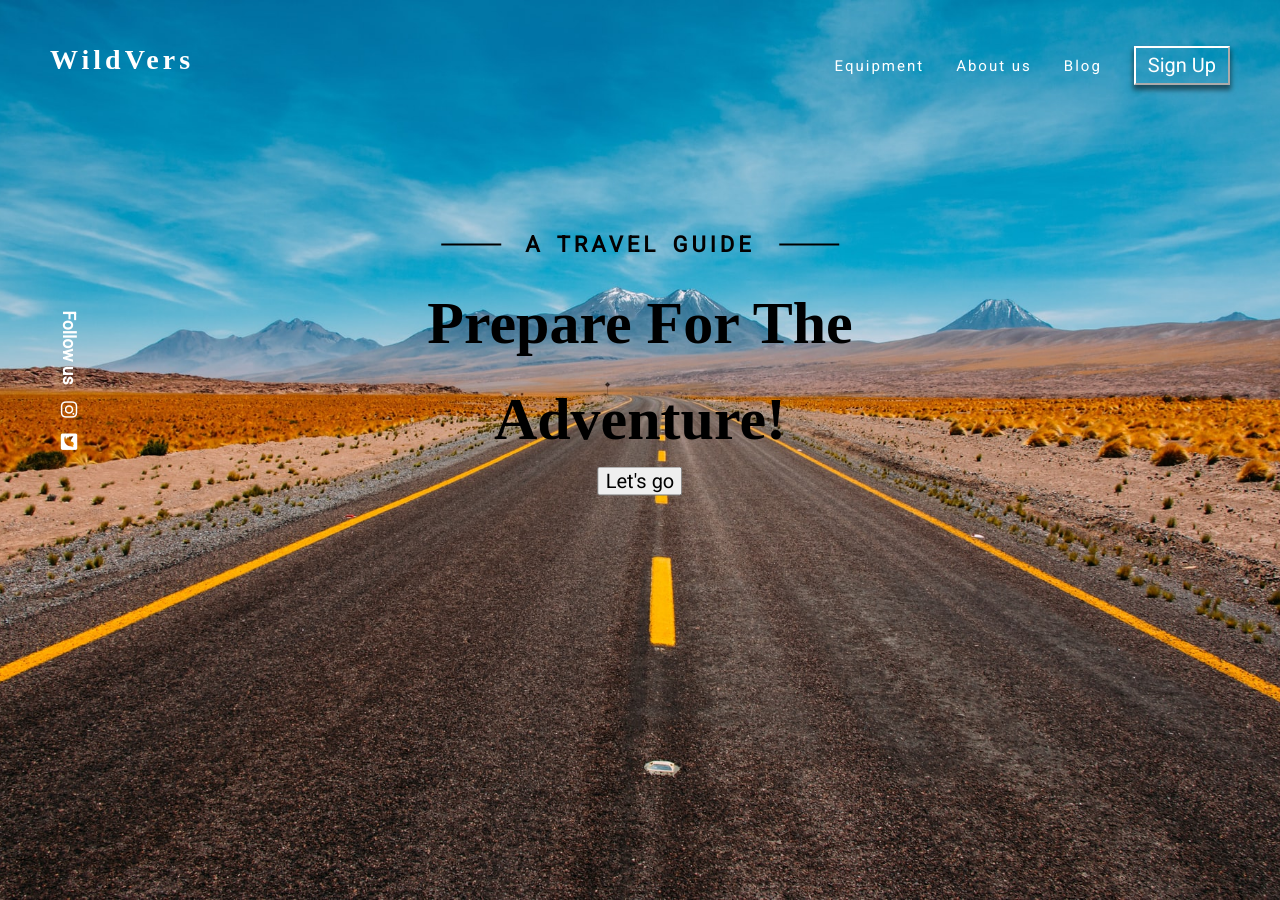
Repository: Hunga9k50doker/wildver-travel
Page: src/index.html
These files come from the project's save history. The page is drawn as it stood at one moment and after a run of saves; the edit follows.
The browser window is 1280 px wide. The pictures show the whole page.
Some web fonts or font styles are not loaded; a fallback is used. The style sheet was rebuilt from its Sass, Less or Tailwind sources for each picture, by a compiler version that may differ from the author's.

Above is the page before, as saved 2021-08-26 00:28:29.

### src/index.html
<!DOCTYPE html>
<html lang="en">
<head>
    <meta charset="UTF-8">
    <meta http-equiv="X-UA-Compatible" content="IE=edge">
    <meta name="viewport" content="width=device-width, initial-scale=1.0">
    <link href="https://fonts.googleapis.com/css2?family=Hina+Mincho&family=Roboto&display=swap" rel="stylesheet">
    <link rel="stylesheet" href="public/css/normalize.min.css">
    <link rel="stylesheet" href="public/css/grid.css">
    <link rel="stylesheet" href="public/css/base.css">
    <link rel="stylesheet" href="public/css/header.css">
    <link rel="stylesheet" href="public/vendor/fontawesome-free-5.15.3-web/css/all.min.css">
    <title>Document</title>
</head>
<body>
    <div class="app">
        <section class="header">
            <section class="header_nav">
                <h1 class="header_nav-home">WildVers</h1>
                <div class="header_nav-body">
                    <a href="/" class="header_nav-body-item">Equipment</a>
                    <a href="/" class="header_nav-body-item">About us</a>
                    <a href="/" class="header_nav-body-item">Blog</a>
                    <button class="header_nav-body-res">Sign Up</button>
                </div>
            </section>
            <section class="header_contain">
                <div class="header_contain-follow">
                    <p>Follow us</p>
                   <a href="/">
                       <i class="fab fa-instagram"></i>
                   </a>
                   <a href="/">
                       <i class="fab fa-twitter-square"></i>
                   </a>
                </div>
                <div class="header_contain-content">
                    <h3 class="header_contain-content-title">A travel guide</h3>
                    <h2>Prepare For The</h2>
                    <h2> Adventure!</h2>
                    <button>Let's go</button>
                </div>
            </section>
        </section>
        <section class="grip wide">

        </section>
    </div>
</body>
</html>

### src/public/css/normalize.min.css
html{line-height:1.15;-webkit-text-size-adjust:100%}body{margin:0}main{display:block}h1{font-size:2em;margin:.67em 0}hr{box-sizing:content-box;height:0;overflow:visible}pre{font-family:monospace,monospace;font-size:1em}a{background-color:transparent}abbr[title]{border-bottom:none;text-decoration:underline;text-decoration:underline dotted}b,strong{font-weight:bolder}code,kbd,samp{font-family:monospace,monospace;font-size:1em}small{font-size:80%}sub,sup{font-size:75%;line-height:0;position:relative;vertical-align:baseline}sub{bottom:-.25em}sup{top:-.5em}img{border-style:none}button,input,optgroup,select,textarea{font-family:inherit;font-size:100%;line-height:1.15;margin:0}button,input{overflow:visible}button,select{text-transform:none}[type=button],[type=reset],[type=submit],button{-webkit-appearance:button}[type=button]::-moz-focus-inner,[type=reset]::-moz-focus-inner,[type=submit]::-moz-focus-inner,button::-moz-focus-inner{border-style:none;padding:0}[type=button]:-moz-focusring,[type=reset]:-moz-focusring,[type=submit]:-moz-focusring,button:-moz-focusring{outline:1px dotted ButtonText}fieldset{padding:.35em .75em .625em}legend{box-sizing:border-box;color:inherit;display:table;max-width:100%;padding:0;white-space:normal}progress{vertical-align:baseline}textarea{overflow:auto}[type=checkbox],[type=radio]{box-sizing:border-box;padding:0}[type=number]::-webkit-inner-spin-button,[type=number]::-webkit-outer-spin-button{height:auto}[type=search]{-webkit-appearance:textfield;outline-offset:-2px}[type=search]::-webkit-search-decoration{-webkit-appearance:none}::-webkit-file-upload-button{-webkit-appearance:button;font:inherit}details{display:block}summary{display:list-item}template{display:none}[hidden]{display:none}
/*# sourceMappingURL=normalize.min.css.map */

### src/public/css/grid.css
.grid {
    width: 100%;
    display: block;
    padding: 0;
    margin: 0 auto;
}

.grid.wide {
    max-width: 1200px;
    margin: 0 auto;
}

.row {
    display: flex;
    flex-wrap: wrap;
    margin-left: -4px;
    margin-right: -4px;
}


.row.no-gutters {
    margin-left: 0;
    margin-right: 0;
}

.col {

    padding-left: 4px;
    padding-right: 4px;
}

.row.no-gutters .col {
    padding-left: 0;
    padding-right: 0;
}

.c-0 {
    display: none;
}

.c-1 {
    flex: 0 0 8.33333%;
    max-width: 8.33333%;
}

.c-2 {
    flex: 0 0 16.66667%;
    max-width: 16.66667%;
}

.c-3 {
    flex: 0 0 25%;
    max-width: 25%;
}

.c-4 {
    flex: 0 0 33.33333%;
    max-width: 33.33333%;
}

.c-5 {
    flex: 0 0 41.66667%;
    max-width: 41.66667%;
}

.c-6 {
    flex: 0 0 50%;
    max-width: 50%;
}

.c-7 {
    flex: 0 0 58.33333%;
    max-width: 58.33333%;
}

.c-8 {
    flex: 0 0 66.66667%;
    max-width: 66.66667%;
}

.c-9 {
    flex: 0 0 75%;
    max-width: 75%;
}

.c-10 {
    flex: 0 0 83.33333%;
    max-width: 83.33333%;
}

.c-11 {
    flex: 0 0 91.66667%;
    max-width: 91.66667%;
}

.c-12 {
    flex: 0 0 100%;
    max-width: 100%;
}

.c-o-1 {
    margin-left: 8.33333%;
}

.c-o-2 {
    margin-left: 16.66667%;
}

.c-o-3 {
    margin-left: 25%;
}

.c-o-4 {
    margin-left: 33.33333%;
}

.c-o-5 {
    margin-left: 41.66667%;
}

.c-o-6 {
    margin-left: 50%;
}

.c-o-7 {
    margin-left: 58.33333%;
}

.c-o-8 {
    margin-left: 66.66667%;
}

.c-o-9 {
    margin-left: 75%;
}

.c-o-10 {
    margin-left: 83.33333%;
}

.c-o-11 {
    margin-left: 91.66667%;
}

/* >= Tablet */
@media (min-width: 740px) {
    .row {
        margin-left: -8px;
        margin-right: -8px;
    }

    .col {
        padding-left: 8px;
        padding-right: 8px;
    }

    .m-0 {
        display: none;
    }

    .m-1,
    .m-2,
    .m-3,
    .m-4,
    .m-5,
    .m-6,
    .m-7,
    .m-8,
    .m-9,
    .m-10,
    .m-11,
    .m-12 {
        display: block;
    }

    .m-1 {
        flex: 0 0 8.33333%;
        max-width: 8.33333%;
    }

    .m-2 {
        flex: 0 0 16.66667%;
        max-width: 16.66667%;
    }

    .m-3 {
        flex: 0 0 25%;
        max-width: 25%;
    }

    .m-4 {
        flex: 0 0 33.33333%;
        max-width: 33.33333%;
    }

    .m-5 {
        flex: 0 0 41.66667%;
        max-width: 41.66667%;
    }

    .m-6 {
        flex: 0 0 50%;
        max-width: 50%;
    }

    .m-7 {
        flex: 0 0 58.33333%;
        max-width: 58.33333%;
    }

    .m-8 {
        flex: 0 0 66.66667%;
        max-width: 66.66667%;
    }

    .m-9 {
        flex: 0 0 75%;
        max-width: 75%;
    }

    .m-10 {
        flex: 0 0 83.33333%;
        max-width: 83.33333%;
    }

    .m-11 {
        flex: 0 0 91.66667%;
        max-width: 91.66667%;
    }

    .m-12 {
        flex: 0 0 100%;
        max-width: 100%;
    }

    .m-o-1 {
        margin-left: 8.33333%;
    }

    .m-o-2 {
        margin-left: 16.66667%;
    }

    .m-o-3 {
        margin-left: 25%;
    }

    .m-o-4 {
        margin-left: 33.33333%;
    }

    .m-o-5 {
        margin-left: 41.66667%;
    }

    .m-o-6 {
        margin-left: 50%;
    }

    .m-o-7 {
        margin-left: 58.33333%;
    }

    .m-o-8 {
        margin-left: 66.66667%;
    }

    .m-o-9 {
        margin-left: 75%;
    }

    .m-o-10 {
        margin-left: 83.33333%;
    }

    .m-o-11 {
        margin-left: 91.66667%;
    }
}

/* PC medium resolution > */
@media (min-width: 1113px) {
    .row {
        margin-left: -12px;
        margin-right: -12px;
    }

    .row.sm-gutter {
        margin-left: -5px;
        margin-right: -5px;
    }

    .col {
        padding-left: 12px;
        padding-right: 12px;
    }

    .row.sm-gutter .col {
        padding-left: 5px;
        padding-right: 5px;
    }

    .l-0 {
        display: none;
    }

    .l-1,
    .l-2,
    .l-2-4,
    .l-3,
    .l-4,
    .l-5,
    .l-6,
    .l-7,
    .l-8,
    .l-9,
    .l-10,
    .l-11,
    .l-12 {
        display: block;
    }

    .l-1 {
        flex: 0 0 8.33333%;
        max-width: 8.33333%;
    }

    .l-2 {
        flex: 0 0 16.66667%;
        max-width: 16.66667%;
    }

    .l-2-4 {
        flex: 0 0 20%;
        max-width: 20%;
    }

    .l-3 {
        flex: 0 0 25%;
        max-width: 25%;
    }

    .l-4 {
        flex: 0 0 33.33333%;
        max-width: 33.33333%;
    }

    .l-5 {
        flex: 0 0 41.66667%;
        max-width: 41.66667%;
    }

    .l-6 {
        flex: 0 0 50%;
        max-width: 50%;
    }

    .l-7 {
        flex: 0 0 58.33333%;
        max-width: 58.33333%;
    }

    .l-8 {
        flex: 0 0 66.66667%;
        max-width: 66.66667%;
    }

    .l-9 {
        flex: 0 0 75%;
        max-width: 75%;
    }

    .l-10 {
        flex: 0 0 83.33333%;
        max-width: 83.33333%;
    }

    .l-11 {
        flex: 0 0 91.66667%;
        max-width: 91.66667%;
    }

    .l-12 {
        flex: 0 0 100%;
        max-width: 100%;
    }

    .l-o-1 {
        margin-left: 8.33333%;
    }

    .l-o-2 {
        margin-left: 16.66667%;
    }

    .l-o-3 {
        margin-left: 25%;
    }

    .l-o-4 {
        margin-left: 33.33333%;
    }

    .l-o-5 {
        margin-left: 41.66667%;
    }

    .l-o-6 {
        margin-left: 50%;
    }

    .l-o-7 {
        margin-left: 58.33333%;
    }

    .l-o-8 {
        margin-left: 66.66667%;
    }

    .l-o-9 {
        margin-left: 75%;
    }

    .l-o-10 {
        margin-left: 83.33333%;
    }

    .l-o-11 {
        margin-left: 91.66667%;
    }
}

/* Tablet - PC low resolution */
@media (min-width: 740px) and (max-width: 1023px) {
    .wide {
        width: 644px;
    }
}

/* > PC low resolution */
@media (min-width: 1024px) and (max-width: 1239px) {
    .wide {
        width: 984px;
    }

    .wide .row {
        margin-left: -12px;
        margin-right: -12px;
    }

    .wide .row.sm-gutter {
        margin-left: -5px;
        margin-right: -5px;
    }

    .wide .col {
        padding-left: 12px;
        padding-right: 12px;
    }

    .wide .row.sm-gutter .col {
        padding-left: 5px;
        padding-right: 5px;
    }

    .wide .l-0 {
        display: none;
    }

    .wide .l-1,
    .wide .l-2,
    .wide .l-2-4,
    .wide .l-3,
    .wide .l-4,
    .wide .l-5,
    .wide .l-6,
    .wide .l-7,
    .wide .l-8,
    .wide .l-9,
    .wide .l-10,
    .wide .l-11,
    .wide .l-12 {
        display: block;
    }

    .wide .l-1 {
        flex: 0 0 8.33333%;
        max-width: 8.33333%;
    }

    .wide .l-2 {
        flex: 0 0 16.66667%;
        max-width: 16.66667%;
    }

    .wide .l-2-4 {
        flex: 0 0 20%;
        max-width: 20%;
    }

    .wide .l-3 {
        flex: 0 0 25%;
        max-width: 25%;
    }

    .wide .l-4 {
        flex: 0 0 33.33333%;
        max-width: 33.33333%;
    }

    .wide .l-5 {
        flex: 0 0 41.66667%;
        max-width: 41.66667%;
    }

    .wide .l-6 {
        flex: 0 0 50%;
        max-width: 50%;
    }

    .wide .l-7 {
        flex: 0 0 58.33333%;
        max-width: 58.33333%;
    }

    .wide .l-8 {
        flex: 0 0 66.66667%;
        max-width: 66.66667%;
    }

    .wide .l-9 {
        flex: 0 0 75%;
        max-width: 75%;
    }

    .wide .l-10 {
        flex: 0 0 83.33333%;
        max-width: 83.33333%;
    }

    .wide .l-11 {
        flex: 0 0 91.66667%;
        max-width: 91.66667%;
    }

    .wide .l-12 {
        flex: 0 0 100%;
        max-width: 100%;
    }

    .wide .l-o-1 {
        margin-left: 8.33333%;
    }

    .wide .l-o-2 {
        margin-left: 16.66667%;
    }

    .wide .l-o-3 {
        margin-left: 25%;
    }

    .wide .l-o-4 {
        margin-left: 33.33333%;
    }

    .wide .l-o-5 {
        margin-left: 41.66667%;
    }

    .wide .l-o-6 {
        margin-left: 50%;
    }

    .wide .l-o-7 {
        margin-left: 58.33333%;
    }

    .wide .l-o-8 {
        margin-left: 66.66667%;
    }

    .wide .l-o-9 {
        margin-left: 75%;
    }

    .wide .l-o-10 {
        margin-left: 83.33333%;
    }

    .wide .l-o-11 {
        margin-left: 91.66667%;
    }
}

### src/resources/scss/base.scss
@import "variables";

*{
    font-size: 62.5%;
    box-sizing: inherit;
}
html{
    margin: 0;
    padding: 0;
    line-height: 1.6rem;
    box-sizing: border-box;
    font-family: 'Roboto', sans-serif;
}
h1,h2{
    font-family: 'Besley', serif;
}

a{
    color: $white-color;
    text-decoration: none;
}

### src/resources/scss/_variables.scss
$orange-color: #ff6b00;
$white-color: #fff;
$text-color: #e2ddd6;
$waxen-color: #f9caa9;
$black-color: #030101;

### src/resources/scss/header.scss
@import "variables";

.header{
    position: relative;
    background: url(/src/public/img/bg2.jpg) ;
    width: 100%;
    min-width: 500px;
    height: 900px;
    min-height:500px;
    background-position: center;
    background-repeat: no-repeat;
    background-size: cover;
    // z-index: -1;
    &_nav{
        display:flex;
        color: $white-color;
        padding: 4.6rem 5rem 0 5rem;
        &-home{
            flex: 1;
            margin: 0;
            font-size: 2.8rem;
            letter-spacing:4px;
            line-height:100%;
            cursor: pointer;
        }
        &-body{
            display:flex;
            align-items:center;
            justify-content: center;
            font-size: 2.4rem;
            letter-spacing:2px;
            &-item{
                color:$white-color;
                margin:0 1.6rem;
                transform: scale(1);
                &:hover{
                    color: $orange-color;
                    transform: scale(1.1);
                    transition:transform 0.3s;
                }
            }
            button{
                font-size: 2rem;
                padding:6px 1.2rem;
                margin-left: 1.6rem;
                background:transparent;
                color:$white-color;
                border-color: $white-color;
                border-style: solid 2px;
                cursor: pointer;
                box-shadow: 0 4px 5px 1px rgba(0,0,0,0.5);
                transform: translateY(0);
                transition:transform 0.3s linear;
                &:hover{
                    background: $orange-color;
                    box-shadow: 0 0px 5px 1px rgba(0,0,0,0.5);
                    transform: translateY(4px);
                    transition:transform 0.3s linear;
                }
            }
        }

    }

    &_contain{
        position: relative;
        display:flex;
        align-items:center;
        justify-content: center;
        left: 0;
        top: 30%;
        transform: translateY(-70%);
        &-follow{
            position: absolute;
            top: 0;
            left:0;
            font-size: 2.8rem;
            font-weight: 700;
            display:flex;
            align-items:center;
            justify-content: center;
            color:$white-color;
            transform:rotate(90deg);
            margin:0;
            a:nth-child(2){
                margin:0 16px;
            }
            a{
                font-size: 3rem;
                transform: scale(1);
                transition: transform 0.3s;
                cursor: pointer;
                &:hover{
                     color:$orange-color;
                     transform: scale(1.1);
                     transition: transform 0.3s;
                 }
            }
        }
        &-content{
            position: absolute;
            top: 50%;
            left:50%;
            transform: translate(-50%,-50%);
            font-size: 2rem;
            display:flex;
            flex-direction: column;
            align-items:center;
            justify-content: center;
            &-title{
                position: relative;
                font-size: 2.2rem;
                color: $black-color;
                word-spacing: 4px;
                letter-spacing: 4px;
                text-transform: uppercase;
                &:after{
                    content: " ";
                    position: absolute;
                    width:6rem;
                    height:2px;
                    top: 50%;
                    transform: translateY(-50%);
                    right: -8.4rem;
                    background: #000;

                }
                &::before{
                    content: " ";
                    position: absolute;
                    width:6rem;
                    height:2px;
                    top: 50%;
                    transform: translateY(-50%);
                    left: -8.4rem;
                    background: #000;

                }
            }
            h2{
                font-size:6rem;
                margin:4rem;
                &:first-child{
                    margin-top: 4rem;
                }
                &:nth-child(2){

                }
            }
        }
    }
}

Loaded but not shown: src/public/vendor/fontawesome-free-5.15.3-web/css/all.min.css (library)

After the next 7 saves:
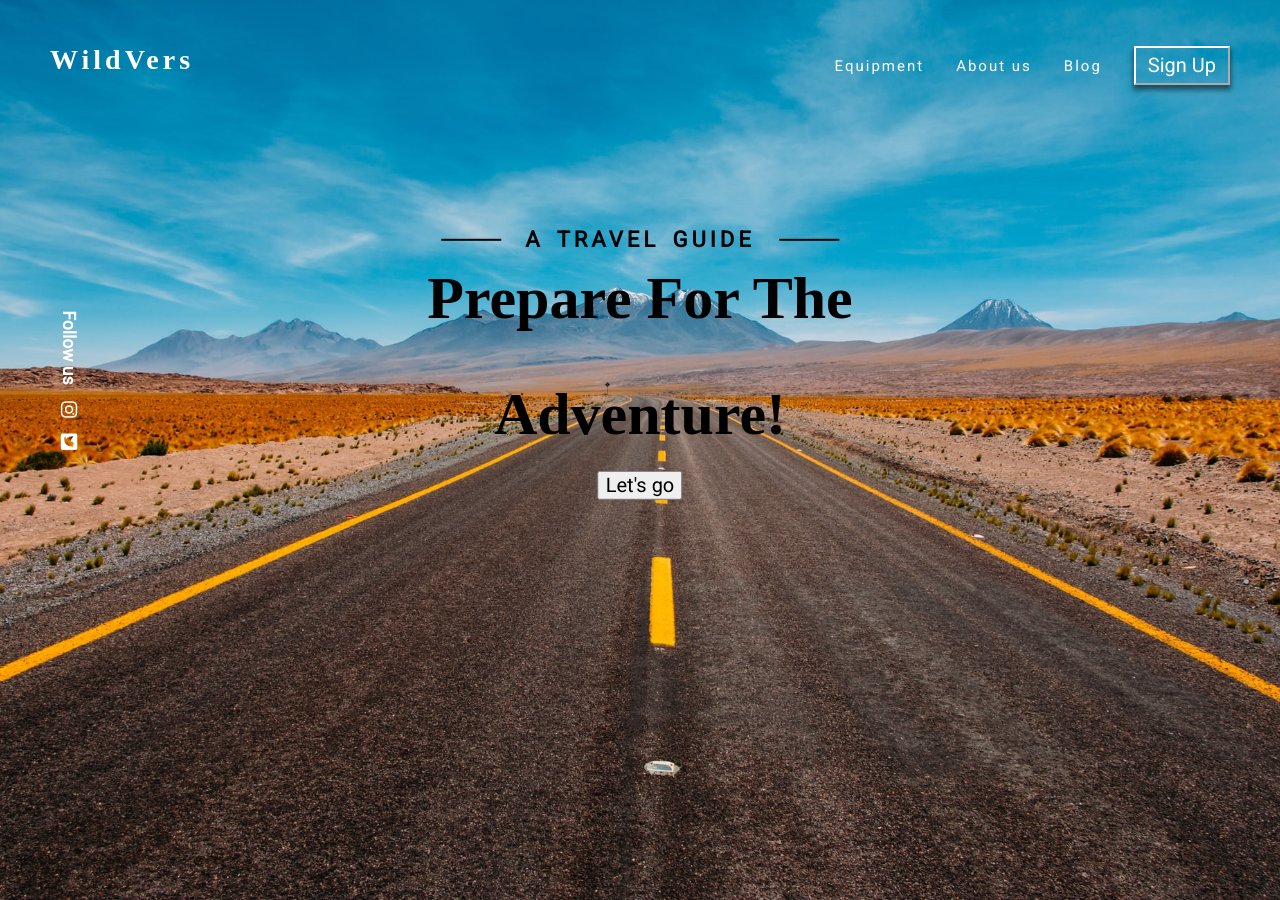
The 7 saves are shown as one change because they came seconds apart.
The last was saved 16 s later.
--- a/src/resources/scss/header.scss
+++ b/src/resources/scss/header.scss
@@ -139,12 +139,11 @@
             }
             h2{
                 font-size:6rem;
-                margin:4rem;
                 &:first-child{
                     margin-top: 4rem;
                 }
                 &:nth-child(2){
-
+                    margin-top:2rem;
                 }
             }
         }
